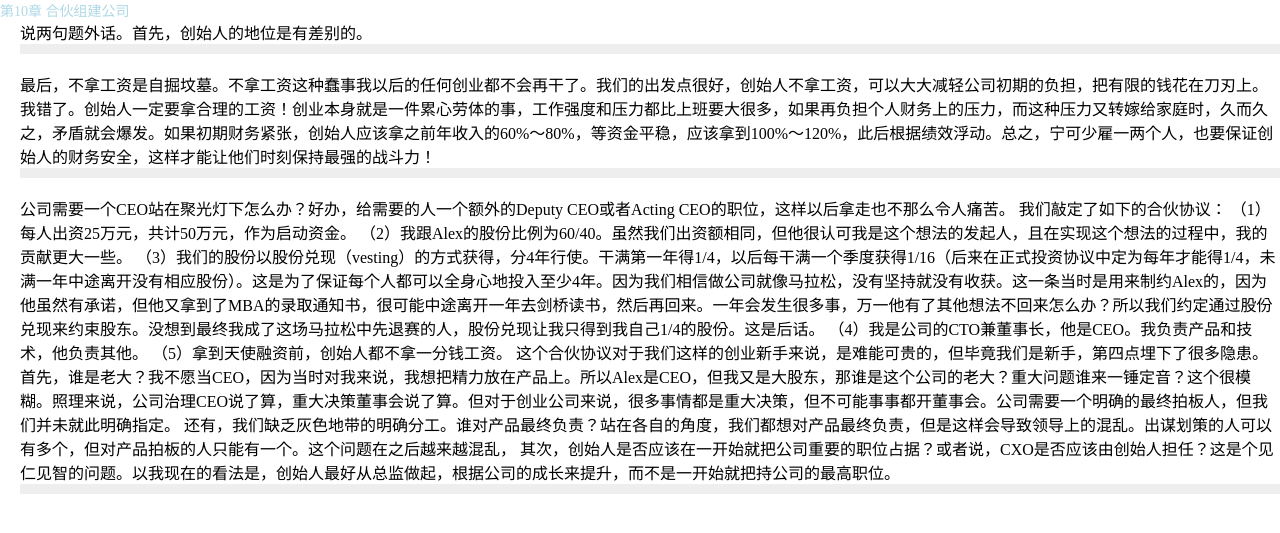
Repository: xudusheng/SSM
Page: SpringMVC/WebContent/HTML/first.html
The author's editor kept a copy of each file at every save. The page is drawn from the files as they stood at one save, then again after the next save.
The browser window is 1280 px wide. The pictures show the whole page.

Above is the page before, as saved 2016-07-20 07:38:04.

After the next save:
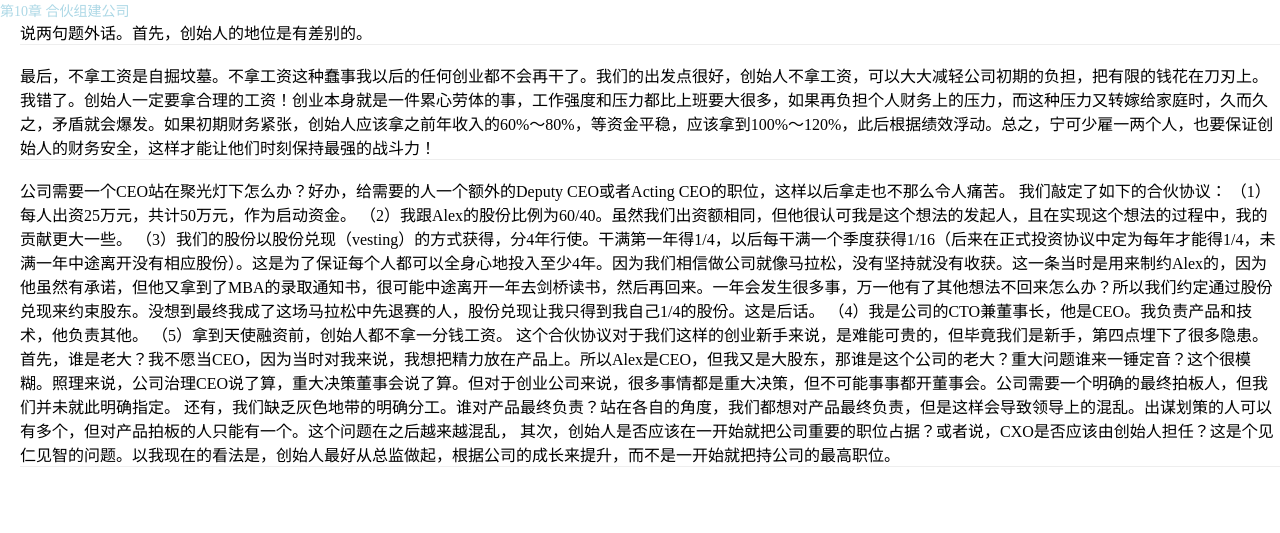
Saved 31 s later.
--- a/SpringMVC/WebContent/HTML/first.html
+++ b/SpringMVC/WebContent/HTML/first.html
@@ -6,7 +6,7 @@
 <style type="text/css">
 	*{ padding:0; margin:0; }
 	.article-title{ color:lightblue; font-size:14px; }
-	.content-line--grey{ border-bottom:10px solid #eee; margin-left:20px; }
+	.content-line--grey{ border-bottom:1px solid #eee; margin-left:20px; }
 </style>
 </head>
 <body>
